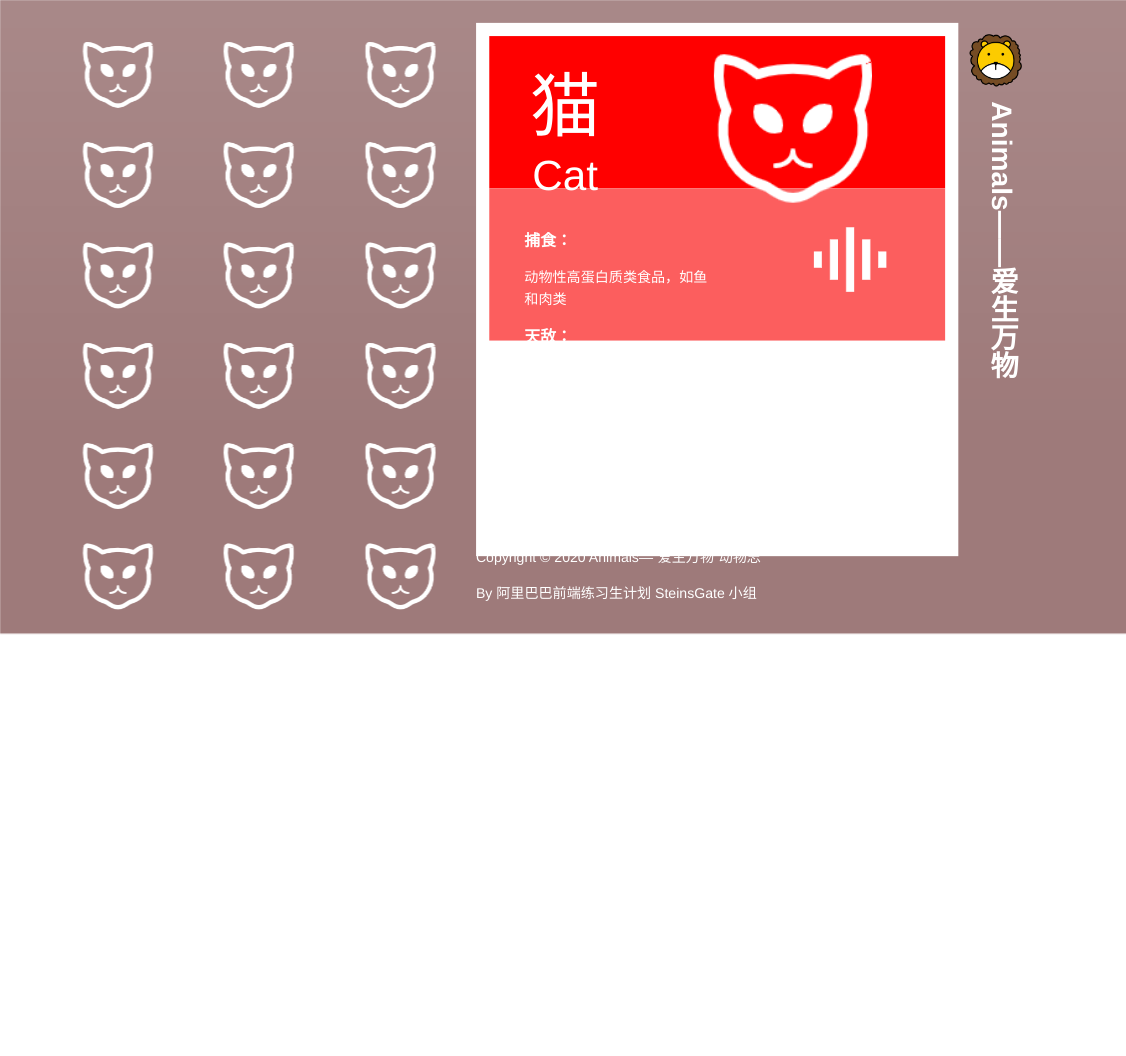
Repository: Whiskeyi/Animals
Page: /
These files come from the project's save history. The page is drawn as it stood at one moment and after the next save; the edit follows.
The browser window is 1280 px wide. The pictures show the whole page, at 88% of full size.
The project was rebuilt for these pictures with package versions that can differ from the ones it lists, and the page was loaded fresh each time.

Above is the page before, as saved 2021-11-16 00:22:22.

### public/index.html
<!DOCTYPE html>
<html lang="en">
  <head>
    <meta charset="utf-8">
    <meta http-equiv="X-UA-Compatible" content="IE=edge">
    <meta name="viewport" content="width=device-width,initial-scale=1.0">
    <link rel="icon" href="<%= BASE_URL %>favicon.ico">
    <title>Animals</title>
  </head>
  <body>
    <noscript>
      <strong>We're sorry but animals doesn't work properly without JavaScript enabled. Please enable it to continue.</strong>
    </noscript>
    <div id="app"></div>
    <!-- built files will be auto injected -->
  </body>
</html>

### src/main.js
import Vue from 'vue'
import App from './App.vue'
import router from './router'
import store from './store'
import './plugins/element.js' // 引入element-ui

Vue.config.productionTip = false

new Vue({
  router,
  store,
  render: h => h(App)
}).$mount('#app')

### src/App.vue
<template>
  <div id="app">
    <!-- 入口 -->
    <router-view/>
  </div>
</template>

<style lang="scss">
#app {
  font-family: 'Avenir', Helvetica, Arial, sans-serif;
  -webkit-font-smoothing: antialiased;
  -moz-osx-font-smoothing: grayscale;
}

html, body {  // 去除白边
    width: 100%;
    height: 100%;
    margin: 0;
    padding: 0;
    position: relative;
}

</style>

### src/router.js
// 路由
import Vue from 'vue'
import Router from 'vue-router'
import Home from './views/Home.vue'

Vue.use(Router)

export default new Router({
  mode: 'history',
  base: process.env.BASE_URL,
  routes: [
    {
      path: '/',
      name: 'home',
      component: Home
    }
  ]
})

### src/plugins/element.js
// 引入element-ui
import Vue from 'vue'

import ElementUI from 'element-ui';
import 'element-ui/lib/theme-chalk/index.css';

Vue.use(ElementUI);

### src/views/Home.vue
<template>
  <div class="home">
    <!-- 背景+光泽效果 -->
    <div class="bg">
      <Gloss></Gloss>
    </div>
    <!-- 页面容器 -->
    <div class="container">
      <!-- 左侧展示模块 -->
      <div id="leftContainer">
        <LeftMain></LeftMain>
      </div>
      <!-- 右侧展示模块 -->
      <div id="rightContainer">
        <!-- 输出信息 -->
          <Info></Info>
          <!-- 右侧标题 -->
          <RightHead></RightHead>
          <!-- 尾部 -->
          <Footer></Footer>
      </div>
    </div>
  </div>
</template>

<script>
// @ is an alias to /src
// 组件引入
import Gloss from '@/components/Gloss'
import Footer from '@/components/Footer'
import Info from '@/components/Info'
import RightHead from '@/components/right-head'
import LeftMain from '@/components/left-main'

export default {
  name: 'home',
  components: {
    Gloss,Footer,Info,RightHead,LeftMain
  }
}
</script>

<style lang="scss" scoped>
.home {
  // 滚动条样式修改（待定）
}
.bg {
  height: 100%;
  width: 100%;
  background-color:rgb(158, 122, 122);
  position: fixed;
  transition: background-color 2s ease-in; // 背景颜色2S过渡
  filter: blur(0.5px); // 背景高斯模糊
  // z-index: -9; //暂时注释,影响调试
}
#leftContainer {
  position: absolute;
  left: 10%;
  width: 30%;
  height: 100%;
  margin: 0 auto;
}
#rightContainer {
  position: fixed;
  right: 10%;
  width: 50%;
  height: 100%;
  margin: 0 auto;
}
@media screen and (max-width: 1440px) { // 屏幕小于1440px样式
  #leftContainer {
  position: absolute;
  left: 5%;
  width: 36%;
  height: 100%;
  margin: 0 auto;
}
#rightContainer {
  position: fixed;
  right: 5%;
  width: 54%;
  height: 100%;
  margin: 0 auto;
}
}
</style>

### src/components/Gloss/index.vue
<template>
<!-- 实现光泽效果,丰富背景颜色 -->
<div id="gloss"></div>
</template>

<script>
export default {

}
</script>

<style lang="scss" scoped>
#gloss {
    position: fixed;
    width: 100%;
    height: 478px;
    background: url('../../assets/gloss.png') repeat-x;
    // z-index: -8;  //暂时注释,影响调试
}
</style>

### src/components/Footer/index.vue
<template>
  <div class="footerContainer">
      <p>Copyright © 2020 Animals—“爱生万物”动物志</p>
      <p>By 阿里巴巴前端练习生计划 SteinsGate 小组</p>
  </div>
</template>

<script>
export default {

}
</script>

<style lang="scss" scoped>
.footerContainer {
    position: fixed;
    bottom: 0;
    font-size: 1rem;
    color:#fff;
    margin:0 0 20px 16px;
}
</style>

### src/components/Info/index.vue
<template>
  <div class="infoContainer">
    <Introduce></Introduce>
    <HabbitVoice></HabbitVoice>
    <IntroduceBottom></IntroduceBottom>
  </div>
</template>

<script>
import Introduce from './Introduce'
import HabbitVoice from './habbit-voice'
import IntroduceBottom from './introduce-bottom'
export default {
  name: 'Info',
  components: {
    Introduce, HabbitVoice, IntroduceBottom
  }
}
</script>

<style lang="scss" scoped>
.infoContainer {
    float: left;
    z-index: 10000;
    width: 82%;
    height: 80%;
    margin: 26px 0 0 16px;
    padding: 15px 15px;
    background-color: #fff;
    color:#fff;
}
.infoContainer logo {
    position: absolute;
}
@media screen and (max-width: 1440px) { // 屏幕小于1440px样式
  .infoContainer {
    float: left;
    z-index: 10000;
    width: 75%;
    height: 80%;
    margin: 26px 0 0 16px;
    background-color: #fff;
}
}
</style>

### src/components/right-head/index.vue
<template>
  <div class="rightHeadContainer">
      <el-image class="logo" alt="logo" :src="require('@/icons/index.png')"></el-image>
      <h1 class="vertical">Animals——爱生万物</h1>
  </div>
</template>

<script>
export default {

}
</script>

<style lang="scss" scoped>
.rightHeadContainer {
    float: left;
    height: 400px;
    width: 100px;
    margin: 26px 0 0 16px;
}
.vertical {
    writing-mode: vertical-lr;
    padding-left: 5px;
    color: #fff;
}
@media screen and (max-width: 1440px) { // 屏幕小于1440px样式
    .rightHeadContainer {
        float: left;
        height: 400px;
        width:85px;
        margin: 26px 0 0 0;
    }
    .vertical {
        writing-mode: vertical-lr;
        padding-right: 0;
        color: #fff;
    }
}
</style>

### src/components/left-main/index.vue
<template>
  <div class="leftContainer">
    <el-row :gutter="20" type="flex" justify="center">
      <el-col :span="8">
        <el-image class="logo" alt="logo" :src="require('@/icons//animals/cat.png')"></el-image>
      </el-col>
      <el-col :span="8">
        <el-image class="logo" alt="logo" :src="require('@/icons//animals/cat.png')"></el-image>
      </el-col>
      <el-col :span="8">
        <el-image class="logo" alt="logo" :src="require('@/icons//animals/cat.png')"></el-image>
      </el-col>
    </el-row>
    <el-row :gutter="20" type="flex" justify="center">
      <el-col :span="8">
        <el-image class="logo" alt="logo" :src="require('@/icons//animals/cat.png')"></el-image>
      </el-col>
      <el-col :span="8">
        <el-image class="logo" alt="logo" :src="require('@/icons//animals/cat.png')"></el-image>
      </el-col>
      <el-col :span="8">
        <el-image class="logo" alt="logo" :src="require('@/icons//animals/cat.png')"></el-image>
      </el-col>
    </el-row>
    <el-row :gutter="20" type="flex" justify="center">
      <el-col :span="8">
        <el-image class="logo" alt="logo" :src="require('@/icons//animals/cat.png')"></el-image>
      </el-col>
      <el-col :span="8">
        <el-image class="logo" alt="logo" :src="require('@/icons//animals/cat.png')"></el-image>
      </el-col>
      <el-col :span="8">
        <el-image class="logo" alt="logo" :src="require('@/icons//animals/cat.png')"></el-image>
      </el-col>
    </el-row>
    <el-row :gutter="20" type="flex" justify="center">
      <el-col :span="8">
        <el-image class="logo" alt="logo" :src="require('@/icons//animals/cat.png')"></el-image>
      </el-col>
      <el-col :span="8">
        <el-image class="logo" alt="logo" :src="require('@/icons//animals/cat.png')"></el-image>
      </el-col>
      <el-col :span="8">
        <el-image class="logo" alt="logo" :src="require('@/icons//animals/cat.png')"></el-image>
      </el-col>
    </el-row>
    <el-row :gutter="20" type="flex" justify="center">
      <el-col :span="8">
        <el-image class="logo" alt="logo" :src="require('@/icons//animals/cat.png')"></el-image>
      </el-col>
      <el-col :span="8">
        <el-image class="logo" alt="logo" :src="require('@/icons//animals/cat.png')"></el-image>
      </el-col>
      <el-col :span="8">
        <el-image class="logo" alt="logo" :src="require('@/icons//animals/cat.png')"></el-image>
      </el-col>
    </el-row>
    <el-row :gutter="20" type="flex" justify="center">
      <el-col :span="8">
        <el-image class="logo" alt="logo" :src="require('@/icons//animals/cat.png')"></el-image>
      </el-col>
      <el-col :span="8">
        <el-image class="logo" alt="logo" :src="require('@/icons//animals/cat.png')"></el-image>
      </el-col>
      <el-col :span="8">
        <el-image class="logo" alt="logo" :src="require('@/icons//animals/cat.png')"></el-image>
      </el-col>
    </el-row>
    <el-row :gutter="20" type="flex" justify="center">
      <el-col :span="8">
        <el-image class="logo" alt="logo" :src="require('@/icons//animals/cat.png')"></el-image>
      </el-col>
      <el-col :span="8">
        <el-image class="logo" alt="logo" :src="require('@/icons//animals/cat.png')"></el-image>
      </el-col>
      <el-col :span="8">
        <el-image class="logo" alt="logo" :src="require('@/icons//animals/cat.png')"></el-image>
      </el-col>
    </el-row>
    <el-row :gutter="20" type="flex" justify="center">
      <el-col :span="8">
        <el-image class="logo" alt="logo" :src="require('@/icons//animals/cat.png')"></el-image>
      </el-col>
      <el-col :span="8">
        <el-image class="logo" alt="logo" :src="require('@/icons//animals/cat.png')"></el-image>
      </el-col>
      <el-col :span="8">
        <el-image class="logo" alt="logo" :src="require('@/icons//animals/cat.png')"></el-image>
      </el-col>
    </el-row>
    <el-row :gutter="20" type="flex" justify="center">
      <el-col :span="8">
        <el-image class="logo" alt="logo" :src="require('@/icons//animals/cat.png')"></el-image>
      </el-col>
      <el-col :span="8">
        <el-image class="logo" alt="logo" :src="require('@/icons//animals/cat.png')"></el-image>
      </el-col>
      <el-col :span="8">
        <el-image class="logo" alt="logo" :src="require('@/icons//animals/cat.png')"></el-image>
      </el-col>
    </el-row>
    <el-row :gutter="20" type="flex" justify="center">
      <el-col :span="8">
        <el-image class="logo" alt="logo" :src="require('@/icons//animals/cat.png')"></el-image>
      </el-col>
      <el-col :span="8">
        <el-image class="logo" alt="logo" :src="require('@/icons//animals/cat.png')"></el-image>
      </el-col>
      <el-col :span="8">
        <el-image class="logo" alt="logo" :src="require('@/icons//animals/cat.png')"></el-image>
      </el-col>
    </el-row>
  </div>
</template>

<script>
export default {

}
</script>

<style lang="scss" scoped>
.leftContainer {
  padding: 30px 0;
  width: 100%;
  text-align: center;
}
.leftContainer .logo {
  width: 110px;
  height: 110px;
  padding: 20px 0;
}
 @media screen and (max-width: 1440px) { // 屏幕小于1440px样式
  .leftContainer .logo {
    height: 80px;
    width: 80px;
    padding: 15px 0;
  }
 }
</style>

### src/components/Info/Introduce/index.vue
<template>
  <div class="introduce">
      <el-row class="intContainer">
          <el-col :span="8">
              <div class="title">猫</div>
              <div class="subTitle">Cat</div>
          </el-col>
          <el-col :span="16">
            <el-image class="logo" alt="logo" :src="require('@/icons/animals/cat.png')"></el-image>
          </el-col>
      </el-row>
  </div>
</template>

<script>
export default {

}
</script>

<style lang="scss" scoped>
.introduce {
    background-color: red;
    height: 30%;
    width: 100%;
    text-align: center;
}
.intContainer {
    padding: 15px 0;
}
.logo {
    height: 180px;
    width: 180px;
}
.title {
    font-size: 80px;
}
.subTitle {
    font-size: 48px;
}
</style>

### src/components/Info/habbit-voice/index.vue
<template>
  <div class="habVoice">
       <el-row class="habContainer">
          <el-col class="habContext" :span="14">
              <p class="foodTitle">捕食：</p>
              <div class="food">动物性高蛋白质类食品，如鱼和肉类</div>
              <p class="enemyTitle">天敌：</p>
              <div class="enemy">大型肉食性动物如蟒蛇、老虎、狮子以及野狸子等</div>
          </el-col>
          <el-col :span="10">
            <el-image class="logo" alt="logo" :src="require('@/icons/voice.png')"></el-image>
          </el-col>
      </el-row>
  </div>
</template>

<script>
export default {

}
</script>

<style lang="scss" scoped>
.habVoice {
    background-color: rgb(252, 94, 94);
    height: 30%;
    text-align: center;
}
.habContainer {
    padding: 15px 0;
}
.habContext {
    padding: 0 40px;
}
.habContext p {
    font-size: 18px;
    font-weight: bold;
    text-align: left;
}
.habContext div {
    font-size: 16px;
    text-align: left;
}
.logo {
    height: 110px;
    width: 110px;
}
</style>

### src/components/Info/introduce-bottom/index.vue
<template>
</template>

<script>
export default {

}
</script>

<style lang="scss" scoped>

</style>

Loaded but not shown: src/store.js (common file)

After the next save:
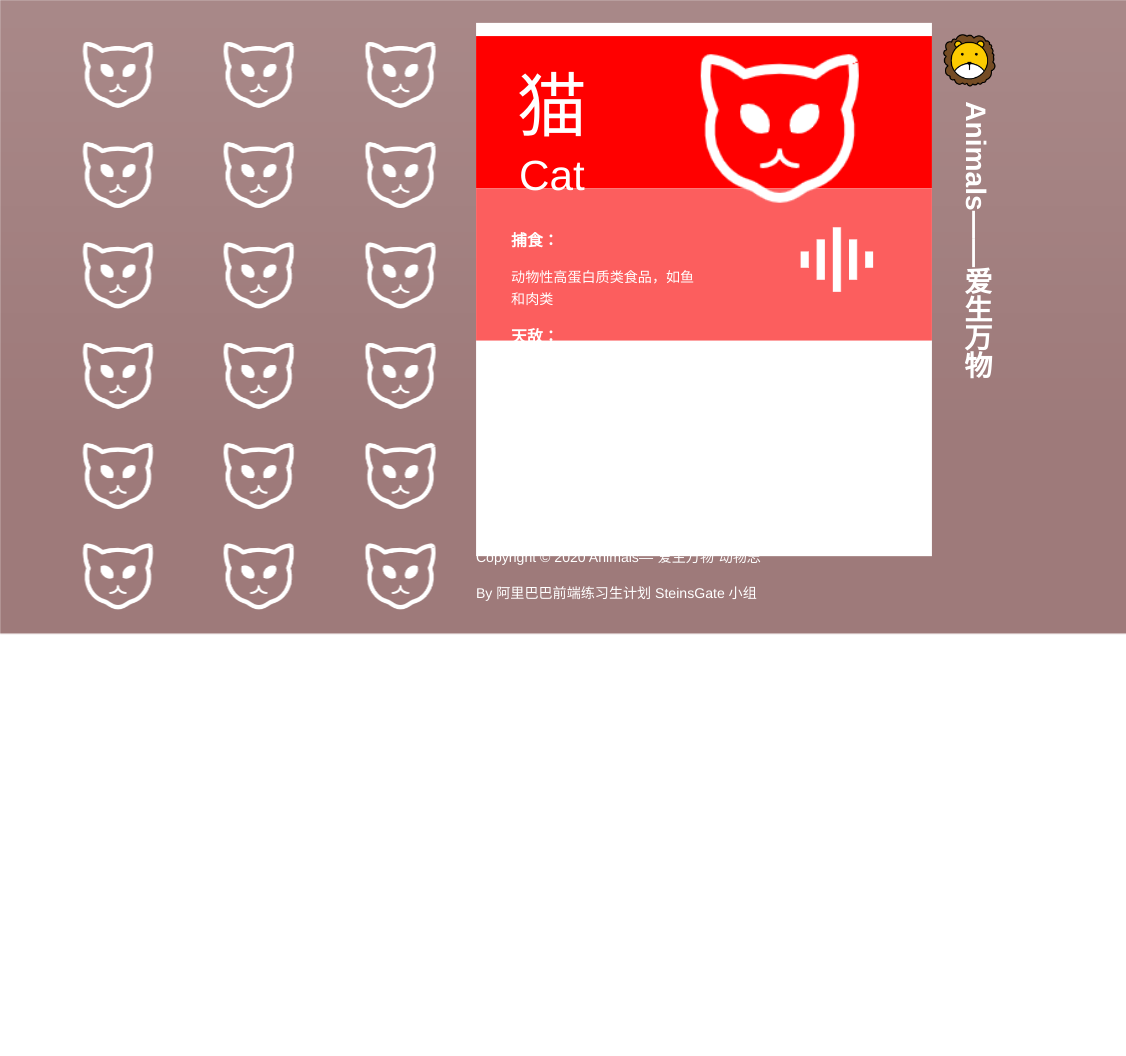
Saved 15 s later.
--- a/src/components/Info/index.vue
+++ b/src/components/Info/index.vue
@@ -25,7 +25,7 @@ export default {
     width: 82%;
     height: 80%;
     margin: 26px 0 0 16px;
-    padding: 15px 15px;
+    padding: 15px 0px;
     background-color: #fff;
     color:#fff;
 }
